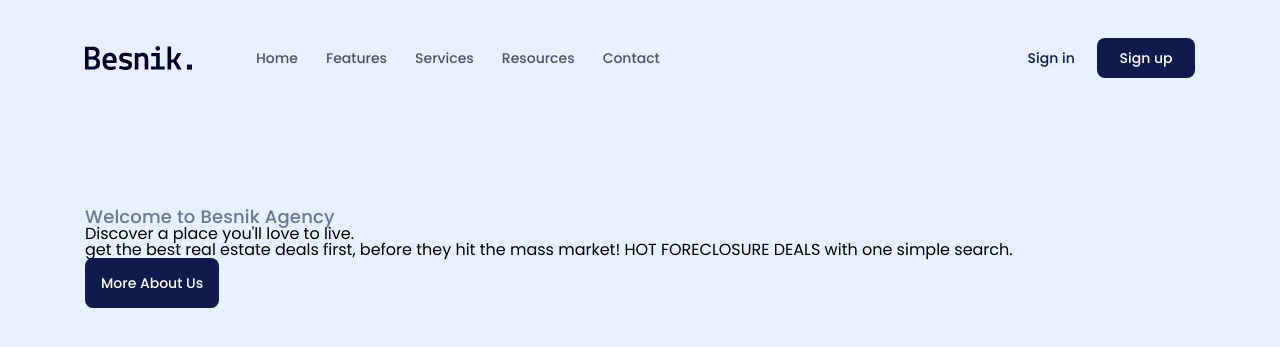
Repository: vancong171001/f8-html-css-01
Page: index.html
These files come from the project's save history. The page is drawn as it stood at one moment and after the next save; the edit follows.
The browser window is 1280 px wide. The pictures show the whole page.

Above is the page before, as saved 2025-02-18 16:24:34.

After the next save:
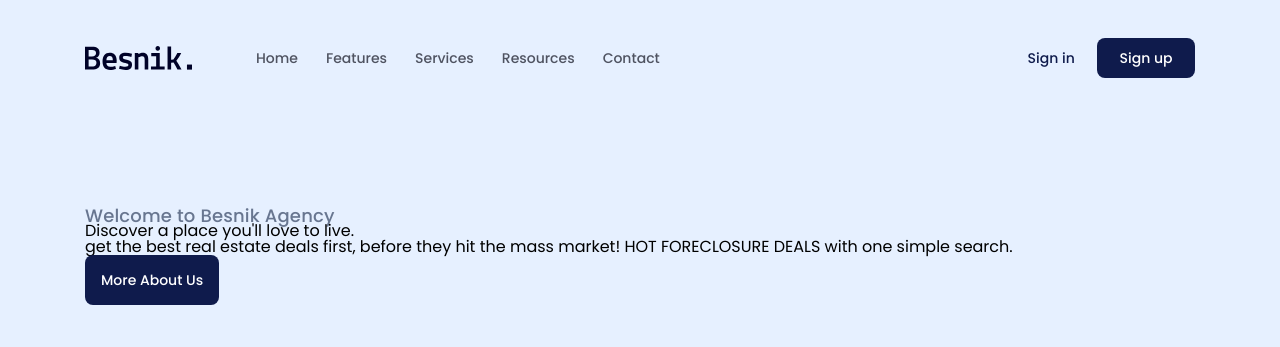
Saved 39 s later.
--- a/assets/css/styles.css
+++ b/assets/css/styles.css
@@ -94,6 +94,6 @@
   color: #687690;
   font-size: 18px;
   font-weight: 500;
-  line-height: ;
+  line-height: 1.5rem;
   letter-spacing: 0.18px;
 }
